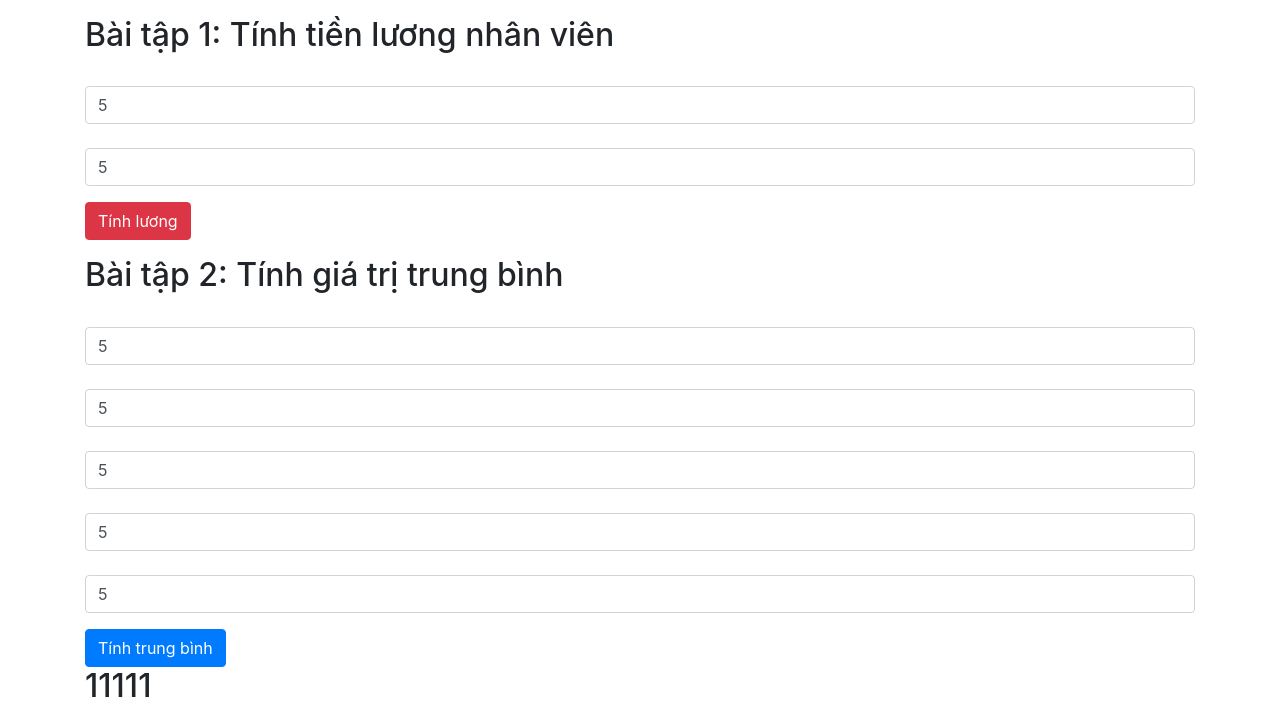
Repository: thanhfrankie/BC10-LeMinhThanh-Js-b2-3
Page: index.html
An editor plug-in stored every save of this project. The page is shown before and after the next save, followed by the edit.
The browser window is 1280 px wide. The pictures show the whole page.
Empty fields were first filled with sample values (such as "Sample", 5 or name@example.com).
After loading, the first visible `button.btn-primary` was clicked once.

Above is the page before, as saved 2023-12-15 15:35:30.

After the next save:
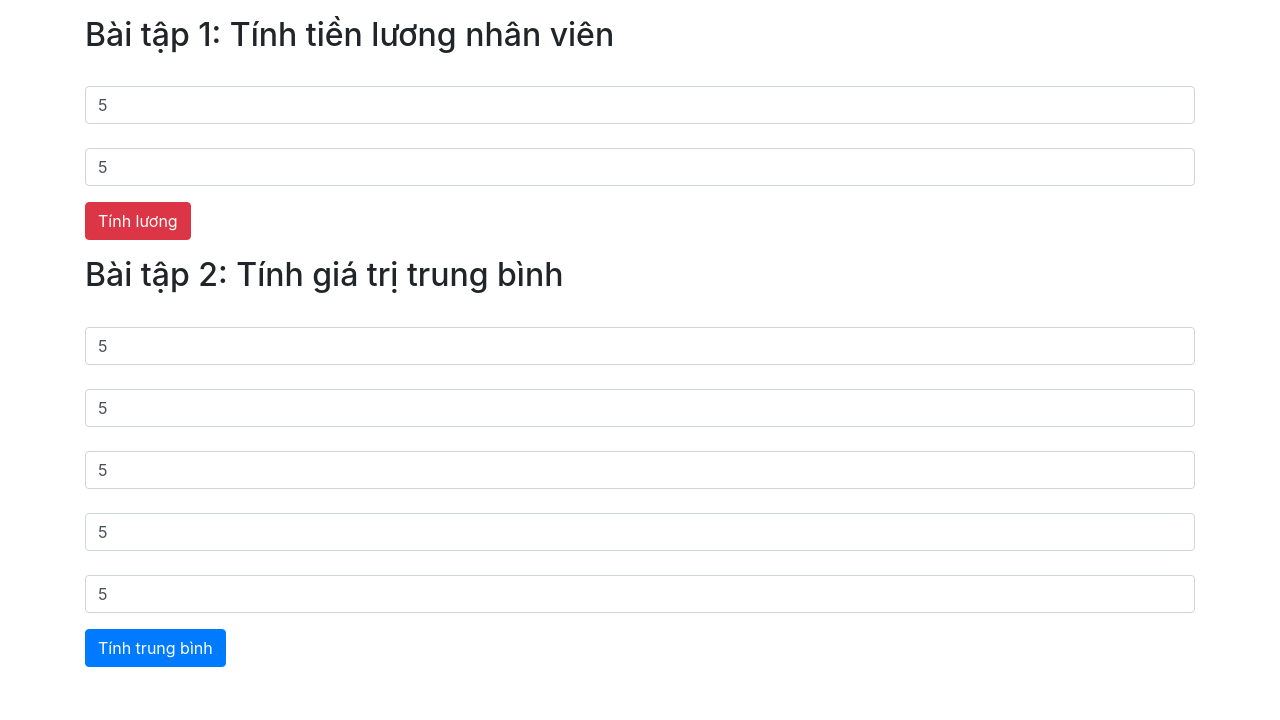
Console error: TypeError: Cannot set properties of undefined (setting 'innerText')
Saved 81 s later.
--- a/index.js
+++ b/index.js
@@ -29,7 +29,7 @@
     var soThu4 = document.getElementById("so-thu-4").value
     var soThu5 = document.getElementById("so-thu-5").value
 
-    var trungBinh = document.getElementById("ket-qua")
+    var trungBinh =
     trungBinh.innerText =    (soThu1 + soThu2 + soThu3 + soThu4 + soThu5) / 5
 
 

After the 6 saves that followed:
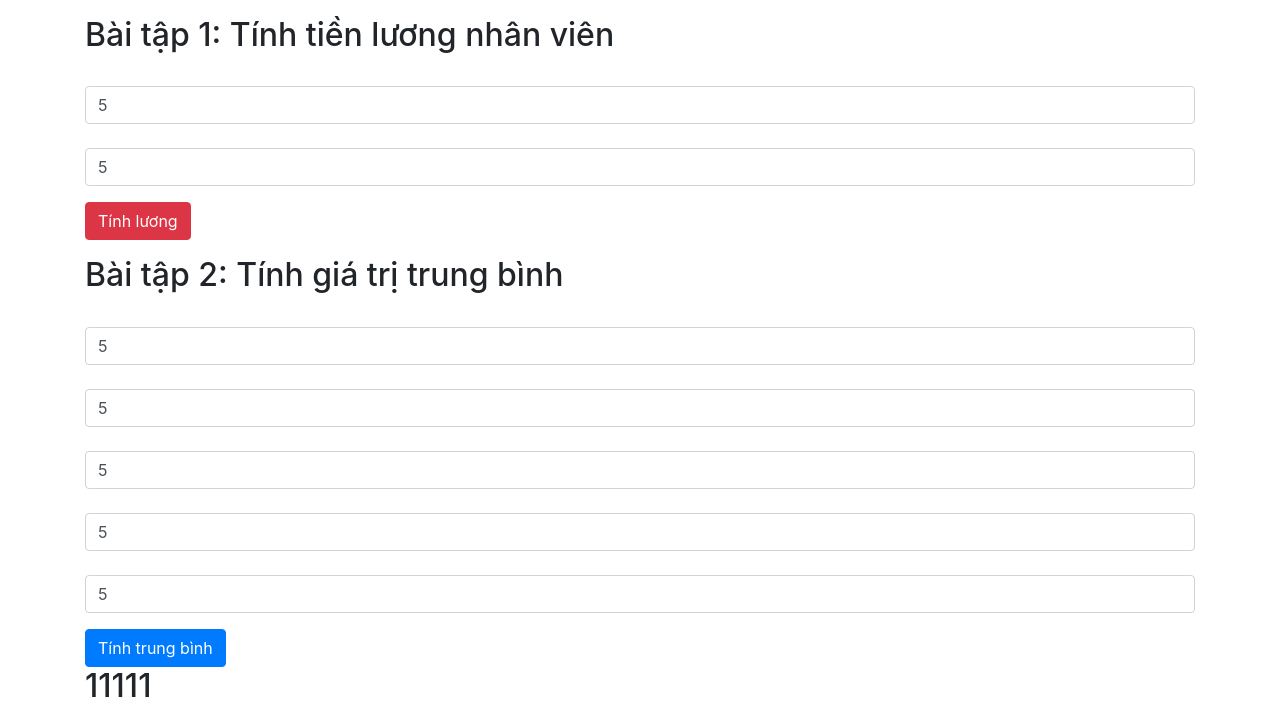
The error is gone.
The 6 saves are shown as one change because 2 left the picture as it was and some came seconds apart.
The last was saved 26 s later.
--- a/index.js
+++ b/index.js
@@ -29,8 +29,7 @@
     var soThu4 = document.getElementById("so-thu-4").value
     var soThu5 = document.getElementById("so-thu-5").value
 
-    var trungBinh =
-    trungBinh.innerText =    (soThu1 + soThu2 + soThu3 + soThu4 + soThu5) / 5
-
-
+    var trungBinh =   (soThu1 + soThu2 + soThu3 + soThu4 + soThu5) / 5
+    var ketQua = document.getElementById("ket-qua")
+    ketQua.innerText = trungBinh
 }
